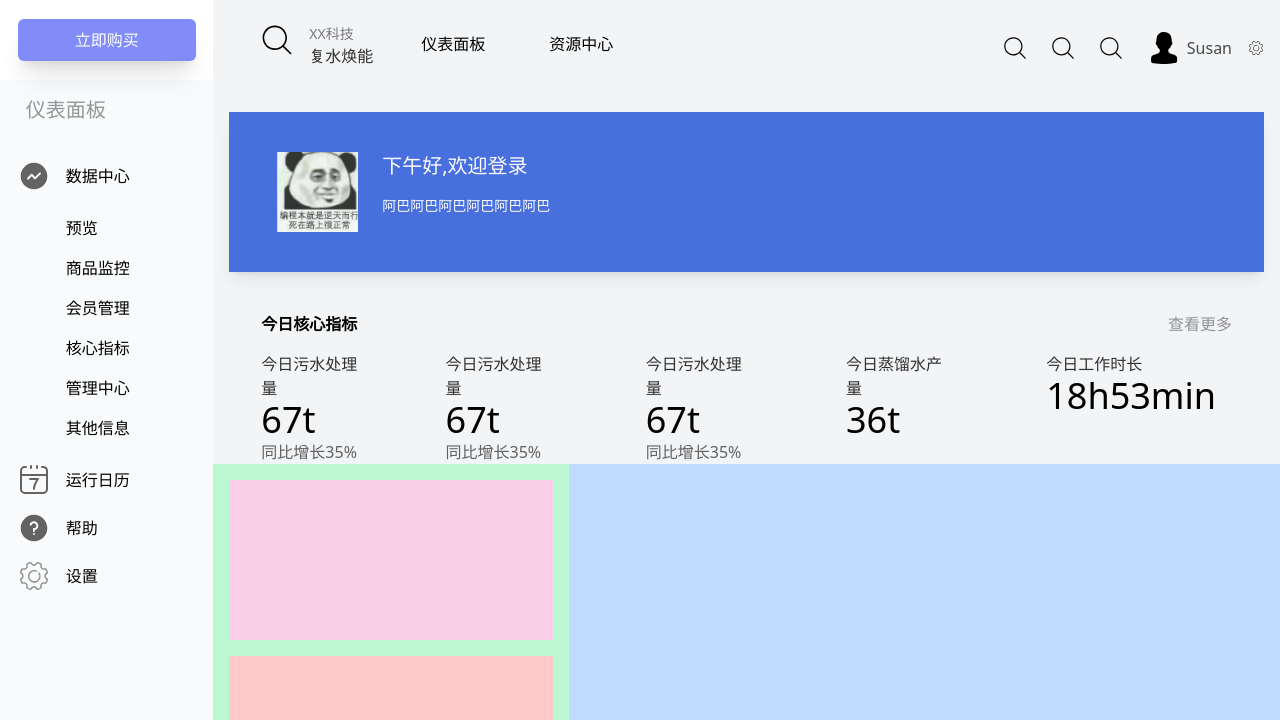
Repository: LiuRuohui/useWater
Page: /
The author's editor kept a copy of each file at every save. The page is drawn from the files as they stood at one save, then again after the next save.
The browser window is 1280 px wide. The pictures show the whole page.
The project was rebuilt for these pictures with package versions that can differ from the ones it lists, and the page was loaded fresh each time. Also part of the build but not shown: vite.config.js.

Above is the page before, as saved 2022-04-06 23:35:00.

### src/App.vue
<script setup>
import HelloWorld1 from './components/HelloWorld.vue';
</script>

<template>
  <HelloWorld1></HelloWorld1>
</template>

<style>
</style>

### src/index.css
@tailwind base;
@tailwind components;
.inputFrame {
    @apply appearance-none rounded-none relative block w-full px-3 py-2 border border-gray-300 placeholder-gray-500 text-gray-900
}

.inputFrame:focus {
    @apply outline-none border-indigo-500 z-10 inline-block px-5 py-3 rounded-lg shadow-lg
}

.btn {
    @apply relative flex w-full justify-center py-2 border border-transparent font-medium rounded-md text-white bg-indigo-400
}

.btn:hover {
    @apply bg-indigo-500
}

.btn:focus {
    @apply outline-none ring-2 ring-offset-2 ring-indigo-400
}

@tailwind utilities;

### src/components/HelloWorld.vue
<script setup>

</script>

<template>
<div class="w-full h-screen flex flex-row select-none">
  <div class="w-1/5 h-screen justify-center items-center flex flex-col">
    <div class="w-full h-20 justify-center items-center flex">
        <div class="w-5/6">
            <button class="btn text-white justify-center items-center shadow-xl">立即购买</button>
        </div>
    </div>
    <div class="w-full flex flex-grow bg-gray-50 justify-center">
        <div class="w-5/6 pt-4 flex flex-col">
            <div class="h-8 text-xl opacity-40 pl-2">仪表面板</div>
            <div class="mt-4 flex flex-grow flex-col">
                <div class="flex flex-col py-2 hover:cursor-pointer">
                    <div class="flex flex-row py-2 hover:bg-blue-200 hover:cursor-pointer">
                      <img src="../assets/数据.svg" alt="" class="h-8 opacity-60">
                      <div class="pl-4 pt-1">数据中心</div>
                    </div>
                    <div class="mt-2 flex flex-col hover:cursor-pointer">
                        <div class="py-2 pl-12 hover:bg-blue-200">预览</div>
                        <div class="py-2 pl-12 hover:bg-blue-200">商品监控</div>
                        <div class="py-2 pl-12 hover:bg-blue-200">会员管理</div>
                        <div class="py-2 pl-12 hover:bg-blue-200">核心指标</div>
                        <div class="py-2 pl-12 hover:bg-blue-200">管理中心</div>
                        <div class="py-2 pl-12 hover:bg-blue-200">其他信息</div>
                    </div>
                </div>
                <div class="flex flex-row py-2 hover:bg-blue-200 hover:cursor-pointer">
                  <img src="../assets/日历.svg" alt="" class="h-8 opacity-60">
                  <div class="pl-4 pt-1">运行日历</div>
                </div>
                <div class="flex flex-row py-2 hover:bg-blue-200 hover:cursor-pointer">
                  <img src="../assets/帮助.svg" alt="" class="h-8 opacity-60">
                  <div class="pl-4 pt-1">帮助</div>
                </div>
                <div class="flex flex-row py-2 hover:bg-blue-200 hover:cursor-pointer">
                  <img src="../assets/设置.svg" alt="" class="h-8 opacity-60">
                  <div class="pl-4 pt-1">设置</div>
                </div>
            </div>
        </div>
    </div>
  </div>
  <div class="w-full flex flex-grow flex-col bg-gray-100">
      <div class="flex flex-row h-24">
          <img src="../assets/搜索.svg" alt="" class="h-8 mt-6 pl-12 hover:cursor-pointer">
          <div class="flex flex-col pt-6 px-4 hover:cursor-pointer">
              <div class="text-sm opacity-50">XX科技</div>
              <div class="text-md opacity-80">复水焕能</div>
          </div>
          <div class="text-base px-8 pt-8 hover:cursor-pointer">仪表面板</div>
          <div class="text-base px-8 pt-8 hover:cursor-pointer">资源中心</div>
          <div class="flex flex-grow flex-row-reverse">
              <img src="../assets/设置.svg" alt="" class="h-4 mt-10 mr-4 hover:cursor-pointer hover:bg-blue-100">
              <span class="my-9 mr-4 text-black text-base opacity-70 hover:cursor-pointer hover:bg-blue-100">Susan</span>
              <img src="../assets/用户.svg" alt="" class="h-8 mt-8 mr-2 hover:cursor-pointer hover:bg-blue-100">
              <img src="../assets/搜索.svg" alt="" class="h-6 mt-9 mr-6 hover:cursor-pointer hover:bg-blue-100">
              <img src="../assets/搜索.svg" alt="" class="h-6 mt-9 mr-6 hover:cursor-pointer hover:bg-blue-100">
              <img src="../assets/搜索.svg" alt="" class="h-6 mt-9 mr-6 hover:cursor-pointer hover:bg-blue-100">
          </div>
      </div>
      <div class="m-4 bg-blue-700 h-40 opacity-80 shadow-lg">
          <div class="flex flex-row h-24 my-8">
              <img src="../assets/测试图片.jpg" alt="" class="h-20 my-auto pl-12">
              <div class="flex flex-col pl-6 pt-2">
                  <div class="text-xl text-white">下午好,欢迎登录</div>
                  <div class="text-sm text-white pt-4">阿巴阿巴阿巴阿巴阿巴阿巴</div>
              </div>
          </div>
      </div>
      <div class="h-40 my-2 mx-4">
          <div class="flex flex-col pt-4 pl-8">
              <div class="flex flex-row">
                  <div class="font-black text-black">今日核心指标</div>
                  <div class="flex flex-grow flex-row-reverse opacity-40 pr-8">查看更多</div>
              </div>
              <div class="flex flex-grow flex-row mt-4">
                  <div class="flex flex-col pr-8">
                      <div class="opacity-80">今日污水处理量</div>
                      <div class="text-4xl">67t</div>
                      <div class="opacity-60">同比增长35%</div>
                  </div>
                  <div class="flex flex-col px-12">
                      <div class="opacity-80">今日污水处理量</div>
                      <div class="text-4xl">67t</div>
                      <div class="opacity-60">同比增长35%</div>
                  </div>
                  <div class="flex flex-col px-12">
                      <div class="opacity-80">今日污水处理量</div>
                      <div class="text-4xl">67t</div>
                      <div class="opacity-60">同比增长35%</div>
                  </div>
                  <div class="flex flex-col px-12">
                      <div class="opacity-80">今日蒸馏水产量</div>
                      <div class="text-4xl">36t</div>
                  </div>
                  <div class="flex flex-col px-12">
                      <div class="opacity-80">今日工作时长</div>
                      <div class="text-4xl">18h53min</div>
                  </div>
              </div>
          </div>
      </div>
      <div class="flex flex-grow flex-row bg-blue-200">
          <div class="w-1/3 bg-green-200 flex flex-col">
              <div class="flex h-40 m-4 bg-pink-200">

              </div>
              <div class="flex flex-grow bg-red-200 mx-4">

              </div>
          </div>
      </div>
  </div>
</div>
</template>

<style scoped>

</style>

### tailwind.config.js
module.exports = {
    content: [
        "./index.html",
        "./src/**/*.{vue,js,ts,jsx,tsx}",
    ],
    theme: {
        extend: {},
    },
    variants: {
        backgroundColor: ['responsive', 'hover', 'focus', 'active']
    },
    plugins: [],
}

Loaded but not shown: index.html (common file); src/main.js (common file)

After the next save:
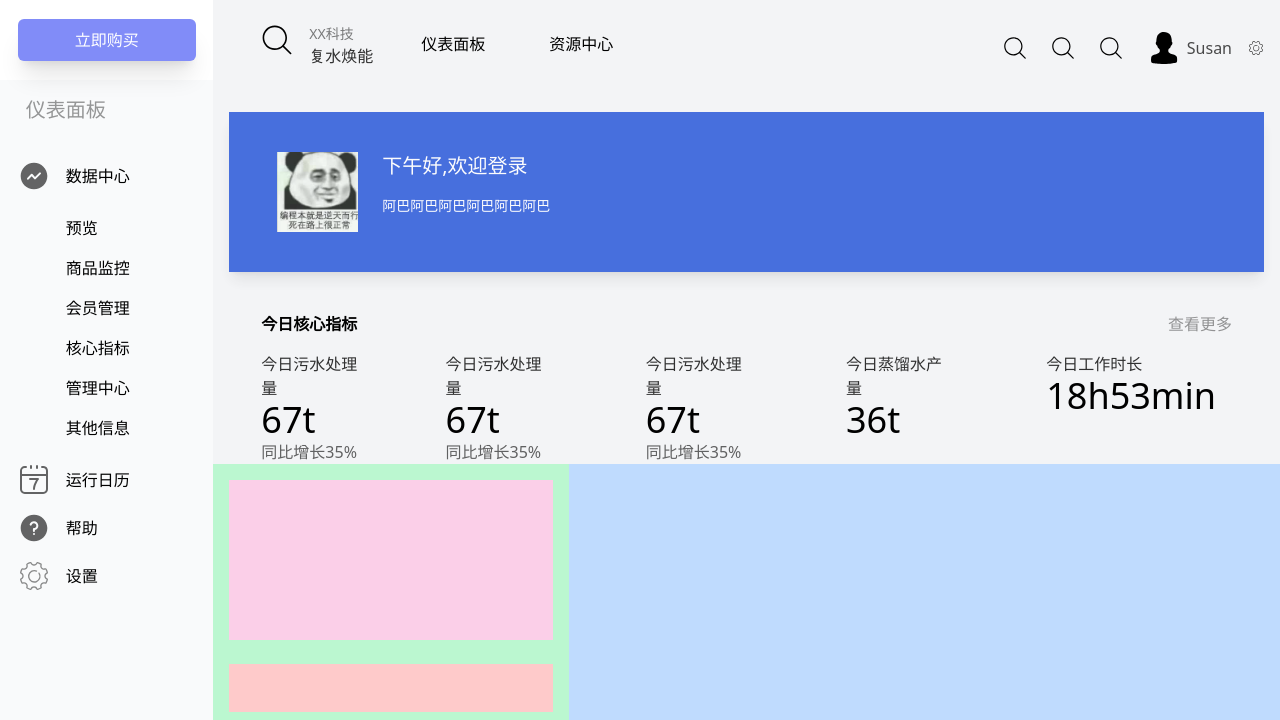
Saved 13 s later.
--- a/src/components/HelloWorld.vue
+++ b/src/components/HelloWorld.vue
@@ -109,7 +109,7 @@
               <div class="flex h-40 m-4 bg-pink-200">
 
               </div>
-              <div class="flex flex-grow bg-red-200 mx-4">
+              <div class="flex flex-grow bg-red-200 mx-4 my-2">
 
               </div>
           </div>
